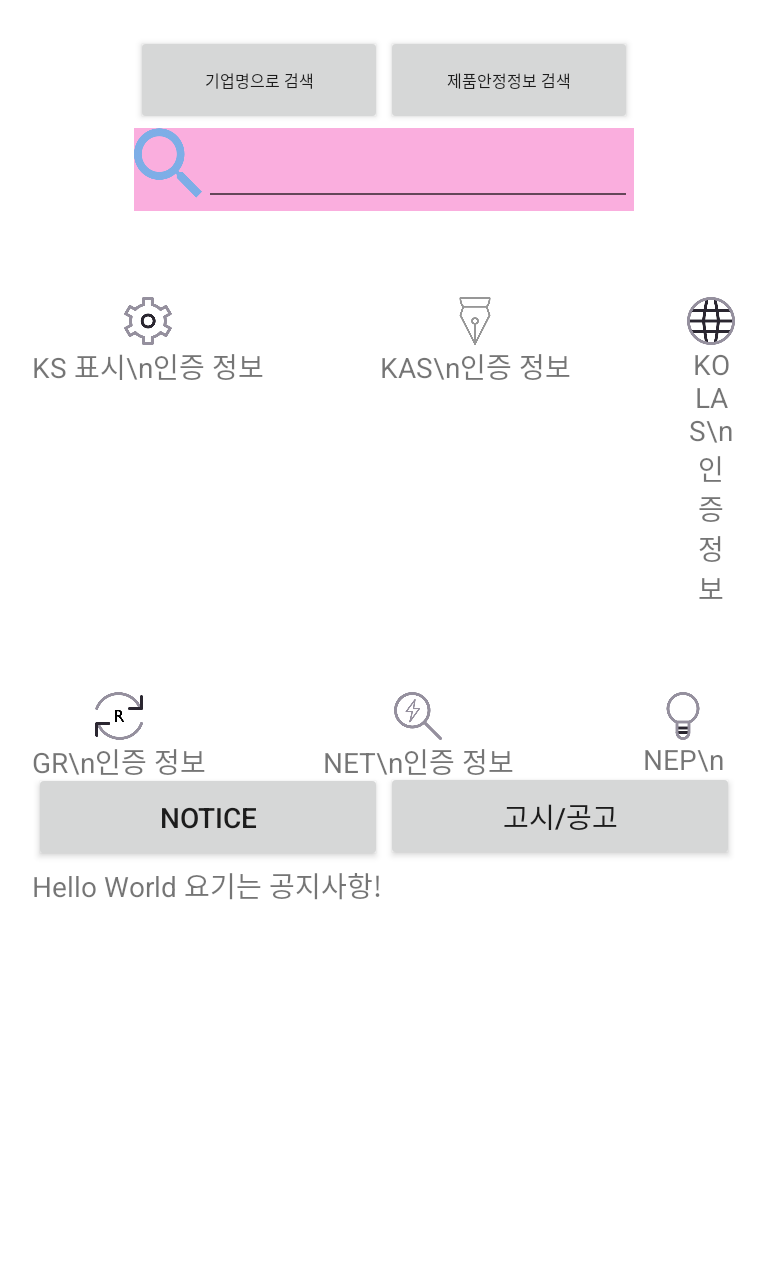
Repository: team-peony/ccfinder
Layout: android/CertifiedCompanyFinder/res/layout/fragment_main.xml
These files come from the project's save history. The layout is drawn as it stood at one moment and after the next save; the edit follows.
It is drawn on a 768 x 1280 px phone screen (xhdpi) without system bars, with theme AppTheme; the app's code is not run.

Above is the layout before, as saved 2015-02-18 17:15:09.

### android/CertifiedCompanyFinder/res/layout/fragment_main.xml
<RelativeLayout xmlns:android="http://schemas.android.com/apk/res/android"
    xmlns:tools="http://schemas.android.com/tools"
    android:layout_width="match_parent"
    android:layout_height="match_parent"
    android:paddingBottom="@dimen/activity_vertical_margin"
    android:paddingLeft="@dimen/activity_horizontal_margin"
    android:paddingRight="@dimen/activity_horizontal_margin"
    android:paddingTop="@dimen/activity_vertical_margin"
    android:background="#FFFFFF"
    tools:context="com.peony.ccfinder.MainActivity$PlaceholderFragment" >

    <!-- 검색어 입력창 부분 -->
    <LinearLayout
        android:id="@+id/main_llSearch"
        android:layout_centerHorizontal="true"
        android:layout_width="250dp"
        android:layout_height="wrap_content"
        android:orientation="vertical">

        <LinearLayout
            android:layout_width="match_parent"
            android:layout_height="wrap_content"
            android:orientation="horizontal">
            <Button
                android:id="@+id/main_btnCompany"
                android:layout_width="0dp"
                android:layout_height="wrap_content"
                android:layout_weight="1"
                android:padding="0dp"
                android:textSize="8sp"
                android:text="기업명으로 검색"/>

            <Button
                android:id="@+id/main_btnSafety"
                android:layout_width="0dp"
                android:layout_height="wrap_content"
                android:layout_weight="1"
                android:padding="0dp"
                android:textSize="8sp"
                android:text="제품안정정보 검색"/>

        </LinearLayout>

        <LinearLayout
            android:layout_width="match_parent"
            android:layout_height="wrap_content"
            android:orientation="horizontal"
            android:background="@color/cc_color_bage">

            <ImageView
                android:layout_width="34dp"
                android:layout_height="35dp"
                android:src="@drawable/search_icon" />

            <EditText
                android:id="@+id/main_etKeyword"
                android:layout_width="match_parent"
                android:layout_height="wrap_content"/>

        </LinearLayout>
    </LinearLayout>


    <!-- 카테고리 부분 -->
    <LinearLayout
        android:id="@+id/main_llCategories"
        android:layout_width="wrap_content"
        android:layout_height="wrap_content"
        android:layout_marginTop="43dp"
        android:orientation="vertical"
        android:layout_centerHorizontal="true"
        android:layout_below="@id/main_llSearch">
        <!-- 카테고리 상단 -->
        <LinearLayout
            android:layout_width="wrap_content"
            android:layout_height="wrap_content"
            android:orientation="horizontal">

            <!-- KS -->
            <LinearLayout
                android:id="@+id/main_llCategoryKs"
                android:layout_width="wrap_content"
                android:layout_height="wrap_content"
                android:orientation="vertical"
                android:gravity="center">
	            <ImageView
	                android:layout_width="@dimen/category_icon_size"
	                android:layout_height="@dimen/category_icon_size"
	                android:src="@drawable/ks_icon" />

	            <TextView
	                android:layout_width="wrap_content"
	                android:layout_height="wrap_content"
	                android:text="KS 표시\n인증 정보"
	                android:gravity="center"/>
	        </LinearLayout>

            <!-- KAS -->
            <LinearLayout
                android:id="@+id/main_llCategoryKas"
                android:layout_width="wrap_content"
                android:layout_height="wrap_content"
                android:layout_marginLeft="@dimen/category_padding"
                android:layout_marginRight="@dimen/category_padding"
                android:orientation="vertical"
                android:gravity="center">
	            <ImageView
	                android:layout_width="@dimen/category_icon_size"
	                android:layout_height="@dimen/category_icon_size"
	                android:src="@drawable/kas_icon" />

	            <TextView
	                android:layout_width="wrap_content"
	                android:layout_height="wrap_content"
	                android:text="KAS\n인증 정보"
	                android:gravity="center"/>
	        </LinearLayout>

            <!-- KOLAS -->
            <LinearLayout
                android:id="@+id/main_llCategoryKolas"
                android:layout_width="wrap_content"
                android:layout_height="wrap_content"
                android:orientation="vertical"
                android:gravity="center">
	            <ImageView
	                android:layout_width="@dimen/category_icon_size"
	                android:layout_height="@dimen/category_icon_size"
	                android:src="@drawable/kolas_icon" />

	            <TextView
	                android:layout_width="wrap_content"
	                android:layout_height="wrap_content"
	                android:text="KOLAS\n인증 정보"
	                android:gravity="center"/>
	        </LinearLayout>

        </LinearLayout>


        <!-- 카테고리 하단 -->
        <LinearLayout
            android:layout_marginTop="42dp"
            android:layout_width="wrap_content"
            android:layout_height="wrap_content"
            android:orientation="horizontal">
            <!-- GR -->
            <LinearLayout
                android:id="@+id/main_llCategoryGr"
                android:layout_width="wrap_content"
                android:layout_height="wrap_content"
                android:orientation="vertical"
                android:gravity="center">
	            <ImageView
	                android:layout_width="@dimen/category_icon_size"
	                android:layout_height="@dimen/category_icon_size"
	                android:src="@drawable/gr_icon" />

	            <TextView
	                android:layout_width="wrap_content"
	                android:layout_height="wrap_content"
	                android:text="GR\n인증 정보"
	                android:gravity="center"/>
	        </LinearLayout>

            <!-- NET -->
            <LinearLayout
                android:id="@+id/main_llCategoryNet"
                android:layout_width="wrap_content"
                android:layout_height="wrap_content"
                android:layout_marginLeft="@dimen/category_padding"
                android:layout_marginRight="@dimen/category_padding"
                android:orientation="vertical"
                android:gravity="center">
	            <ImageView
	                android:layout_width="@dimen/category_icon_size"
	                android:layout_height="@dimen/category_icon_size"
	                android:src="@drawable/net_icon" />

	            <TextView
	                android:layout_width="wrap_content"
	                android:layout_height="wrap_content"
	                android:text="NET\n인증 정보"
	                android:gravity="center"/>
	        </LinearLayout>

            <!-- NEP -->
            <LinearLayout
                android:id="@+id/main_llCategoryNep"
                android:layout_width="wrap_content"
                android:layout_height="wrap_content"
                android:orientation="vertical"
                android:gravity="center">
	            <ImageView
	                android:layout_width="@dimen/category_icon_size"
	                android:layout_height="@dimen/category_icon_size"
	                android:src="@drawable/nep_icon" />

	            <TextView
	                android:layout_width="wrap_content"
	                android:layout_height="wrap_content"
	                android:text="NEP\n인증 정보"
	                android:gravity="center"/>
	        </LinearLayout>

        </LinearLayout>

    </LinearLayout>

    <!-- 공지 사항 -->
    <LinearLayout
        android:id="@+id/main_llNoticeArea"
        android:layout_width="match_parent"
        android:layout_height="wrap_content"
        android:orientation="vertical"
        android:layout_alignParentBottom="true">

        <!-- 공지 탭 -->
        <LinearLayout
            android:layout_width="match_parent"
            android:layout_height="wrap_content"
            android:orientation="horizontal">
            <Button
	            android:id="@+id/main_btnTabNotice"
	            android:layout_width="0dp"
	            android:layout_height="wrap_content"
	            android:layout_weight="1"
	            android:text="NOTICE"/>

	        <Button
	            android:id="@+id/main_btnTabGosi"
	            android:layout_width="0dp"
	            android:layout_height="wrap_content"
	            android:layout_weight="1"
	            android:text="고시/공고"/>
        </LinearLayout>

        <TextView
            android:layout_width="match_parent"
            android:layout_height="wrap_content"
            android:text="Hello World 요기는 공지사항!"/>

        <Button
	            android:id="@+id/main_btnReadMore"
	            android:layout_width="0dp"
	            android:layout_height="wrap_content"
	            android:layout_weight="1"
	            android:text="Read more"/>
    </LinearLayout>

</RelativeLayout>

### android/CertifiedCompanyFinder/res/values/styles.xml
<resources>

    <!--
        Base application theme, dependent on API level. This theme is replaced
        by AppBaseTheme from res/values-vXX/styles.xml on newer devices.
    -->
    <style name="AppBaseTheme" parent="Theme.AppCompat.Light">
        <!--
            Theme customizations available in newer API levels can go in
            res/values-vXX/styles.xml, while customizations related to
            backward-compatibility can go here.
        -->
    </style>

    <!-- Application theme. -->
    <style name="AppTheme" parent="AppBaseTheme">
        <!-- All customizations that are NOT specific to a particular API-level can go here. -->
    </style>

</resources>

### android/CertifiedCompanyFinder/res/values/dimens.xml
<resources>

    <!-- Default screen margins, per the Android Design guidelines. -->
    <dimen name="activity_horizontal_margin">16dp</dimen>
    <dimen name="activity_vertical_margin">16dp</dimen>
	<dimen name="category_icon_size">24dp</dimen>
	<dimen name="category_padding">58dp</dimen>
</resources>

### android/CertifiedCompanyFinder/res/values/colors.xml
<?xml version="1.0" encoding="utf-8"?>
<resources>
    <color name="cc_color_bage">#faaede</color>

</resources>

Loaded but not shown: android/CertifiedCompanyFinder/res/values-v11/styles.xml (common file); android/CertifiedCompanyFinder/res/values-v14/styles.xml (common file); android/CertifiedCompanyFinder/res/values-w820dp/dimens.xml (common file)

After the next save:
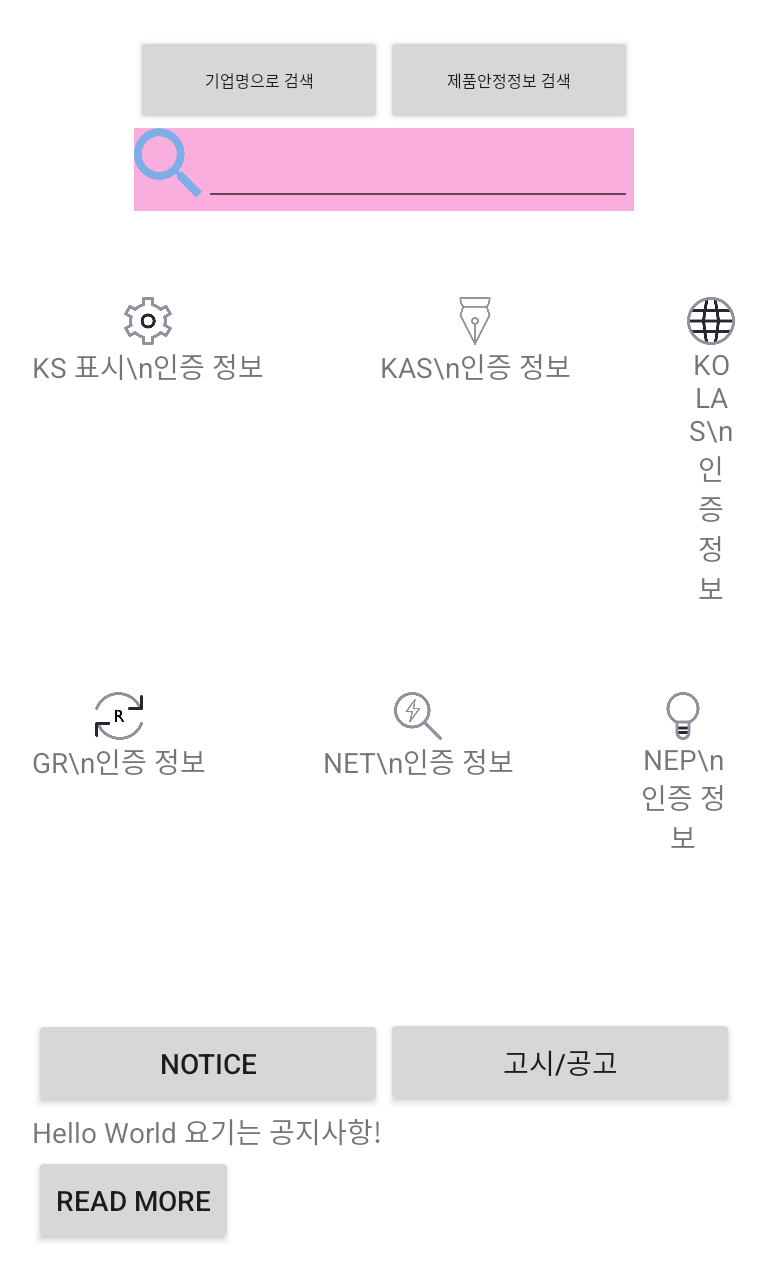
Saved 14 s later.
--- a/android/CertifiedCompanyFinder/res/layout/fragment_main.xml
+++ b/android/CertifiedCompanyFinder/res/layout/fragment_main.xml
@@ -242,7 +242,7 @@
 
         <Button
 	            android:id="@+id/main_btnReadMore"
-	            android:layout_width="0dp"
+	            android:layout_width="wrap_content"
 	            android:layout_height="wrap_content"
 	            android:layout_weight="1"
 	            android:text="Read more"/>
